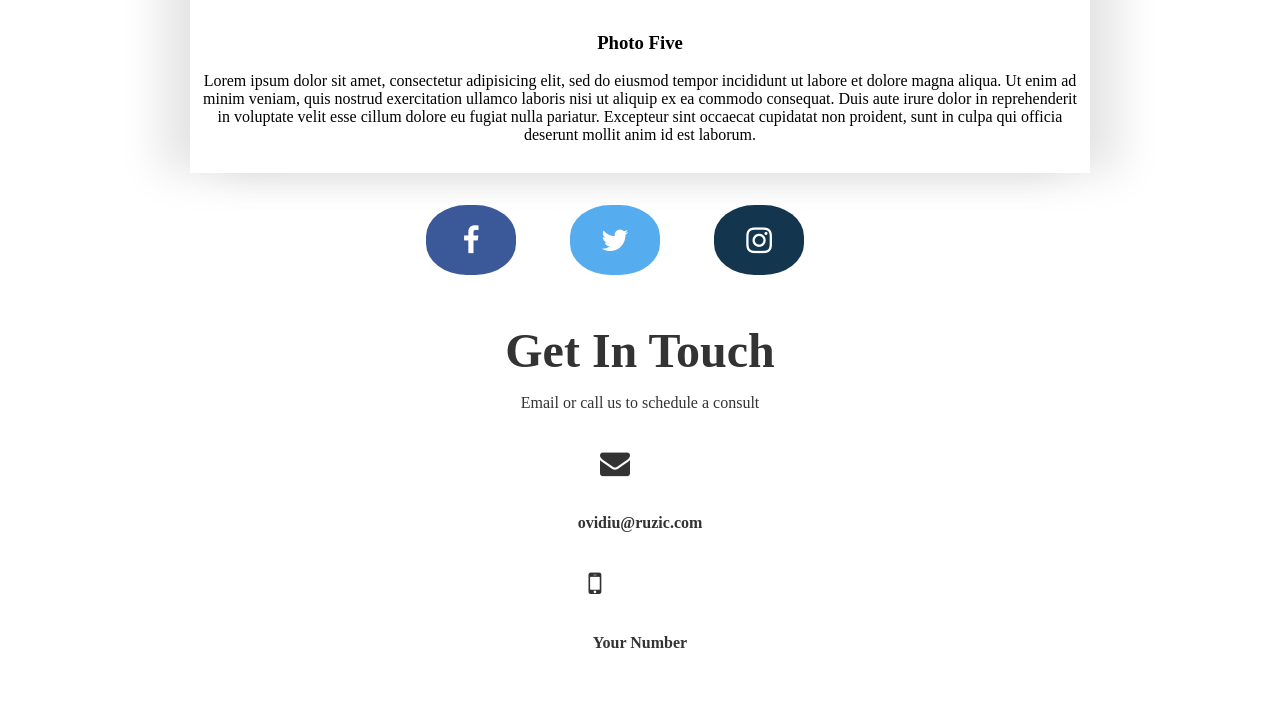
Repository: konstantin0s/mobile-photography
Page: index.html
An editor plug-in stored every save of this project. The page is shown before and after the next save, followed by the edit.
The browser window is 1280 px wide. The pictures show the part of the page from y = 4062 to 4770 px (the page is 4770 px tall).

Above is the page before, as saved 2019-05-11 15:03:53.

### index.html
<!DOCTYPE html>
<html lang="en" dir="ltr">
  <head>
    <meta charset="utf-8">
    <meta name="viewport" content="width=device-width, initial-scale=1.0">
    <meta http-equiv="X-UA-Compatible" content="ie=edge">
    <link rel="stylesheet" href="https://cdnjs.cloudflare.com/ajax/libs/font-awesome/4.7.0/css/font-awesome.min.css">
    <link rel="stylesheet" href="css/style.css">

    <title>Mobile Photography</title>
  </head>
  <body>
<main>
  <div id="landing" class="">
    <div id="landing-text" class="">
      <div id="landing-text-inner" class="">
       <img id="logo" src="img/logos.png" />
       <h1>Photography</h1>
        <a href="#images" class="btn" id="view-work">
          View Work
        </a>
      </div>
    </div>
    <div id="landing-image" class="">

    </div>
  </div>

  <div id="images" class="">
<div id="header">
  <h2>Our Work</h2>
</div>
<img src="https://source.unsplash.com/1600x900/?nature,water" alt="">
<div class="caption">
  <h3>Photo One</h3>
  <p>
    Lorem ipsum dolor sit amet, consectetur adipisicing elit, sed do eiusmod tempor incididunt ut labore et dolore magna aliqua. Ut enim ad minim veniam, quis nostrud exercitation ullamco laboris nisi ut aliquip ex ea commodo consequat. Duis aute irure dolor in reprehenderit in voluptate velit esse cillum dolore eu fugiat nulla pariatur. Excepteur sint occaecat cupidatat non proident, sunt in culpa qui officia deserunt mollit anim id est laborum.

  </p>
</div>

<img src="https://source.unsplash.com/1600x900/?nature,clouds" alt="">
<div class="caption">
  <h3>Photo Two</h3>
  <p>
    Lorem ipsum dolor sit amet, consectetur adipisicing elit, sed do eiusmod tempor incididunt ut labore et dolore magna aliqua. Ut enim ad minim veniam, quis nostrud exercitation ullamco laboris nisi ut aliquip ex ea commodo consequat. Duis aute irure dolor in reprehenderit in voluptate velit esse cillum dolore eu fugiat nulla pariatur. Excepteur sint occaecat cupidatat non proident, sunt in culpa qui officia deserunt mollit anim id est laborum.

  </p>
</div>

<img src="https://source.unsplash.com/1600x900/?nature,animals" alt="">
<div class="caption">
  <h3>Photo Three</h3>
  <p>
    Lorem ipsum dolor sit amet, consectetur adipisicing elit, sed do eiusmod tempor incididunt ut labore et dolore magna aliqua. Ut enim ad minim veniam, quis nostrud exercitation ullamco laboris nisi ut aliquip ex ea commodo consequat. Duis aute irure dolor in reprehenderit in voluptate velit esse cillum dolore eu fugiat nulla pariatur. Excepteur sint occaecat cupidatat non proident, sunt in culpa qui officia deserunt mollit anim id est laborum.

  </p>
</div>

<img src="https://source.unsplash.com/1600x900/?nature,trees" alt="">
<div class="caption">
  <h3>Photo Four/h3>
  <p>
    Lorem ipsum dolor sit amet, consectetur adipisicing elit, sed do eiusmod tempor incididunt ut labore et dolore magna aliqua. Ut enim ad minim veniam, quis nostrud exercitation ullamco laboris nisi ut aliquip ex ea commodo consequat. Duis aute irure dolor in reprehenderit in voluptate velit esse cillum dolore eu fugiat nulla pariatur. Excepteur sint occaecat cupidatat non proident, sunt in culpa qui officia deserunt mollit anim id est laborum.

  </p>
</div>

<img src="https://source.unsplash.com/1600x900/?nature,flowers" alt="">
<div class="caption">
  <h3>Photo Five</h3>
  <p>
    Lorem ipsum dolor sit amet, consectetur adipisicing elit, sed do eiusmod tempor incididunt ut labore et dolore magna aliqua. Ut enim ad minim veniam, quis nostrud exercitation ullamco laboris nisi ut aliquip ex ea commodo consequat. Duis aute irure dolor in reprehenderit in voluptate velit esse cillum dolore eu fugiat nulla pariatur. Excepteur sint occaecat cupidatat non proident, sunt in culpa qui officia deserunt mollit anim id est laborum.

  </p>
</div>

  </div>

</main>

<footer>
    <a href="#" class="fa fa-facebook"></a>
    <a href="#" class="fa fa-twitter"></a>
    <a href="#" class="fa fa-instagram"></a>

  <h3>Get In Touch</h3>
  <p>Email or call us to schedule a consult</p>
 <div class="container">
    <i class="fa fa-envelope fa-5x" aria-hidden="true"></i
      ><p><strong>ovidiu@ruzic.com</strong>
    </p>
    <i class="fa fa-mobile fa-5x" aria-hidden="true"></i>
     <p> <strong>Your Number</strong></p>
 </div>
</footer>
<script
src="https://code.jquery.com/jquery-3.3.1.min.js"
integrity="sha256-FgpCb/KJQlLNfOu91ta32o/NMZxltwRo8QtmkMRdAu8="
crossorigin="anonymous"></script>
<script type="text/javascript" src="js/main.js">

</script>
  </body>
</html>

### css/style.css
import url('https://fonts.googleapis.com/css?family=Open+Sans');

body {
  font-family: 'Open Sans', sans-serif;
  margin: 0;
  background-color: #eee;
  height: auto;
}

h1{
  font-weight: 400;
  font-size: 2.5rem;
  text-transform: uppercase;
  margin: 0;
  border-bottom: 1px solid black;
  top: -90px;
  position: relative;
}

h2 {
  font-weight: 400;
  font-size: 1.2rem;
  text-transform: capitalize;
  margin: 0;
}

img {
  display: block;
  width: 100%;
}

#logo {
  top: -80px;
  position: relative;
}

main {
  max-width: 900px;
  margin: auto;
  box-shadow: 30px 0px 40px rgba(0,0,0,0.1), -30px 0px 40px rgba(0,0,0,0.1);
}

#landing {
  background: #fff;
  }

#landing-text {
display: flex;
flex: 0 1 40vw;
height: 50vh;
justify-content: center;
align-items: center;
text-align: center;
padding-right: 1rem;
padding-left: 1rem;
}

#landing-text h2 {
  color: #888;
}
.btn {
  padding: 0.5rem 2rem;
  border: 1px #ccc solid;
  display: inline-block;
  margin: 2rem 0 0;
  border-radius: 50px;
  text-decoration: none;
  color: #333;
  transition: background 500ms ease;
}

#landing-image {
  background: url(https://source.unsplash.com/De8wMYoSSBc);
  background-position: center;
  background-size: cover;
  background-repeat: no-repeat;
  height: 50vh;
  flex: 0 1 60vw;
  margin: 0;
}

.btn:hover {
  background: #f4f4f4;
}

#header {
  padding: 1.5rem;
  text-align: center;
  background: #333;
  color: #fff;
}

#header h2 {
  border-left: dotted 1px #fff;
  border-right: dotted 1px #fff;
display: inline-block;
padding-right: 1rem;
padding-left: 1rem;
}

.caption {
  padding: 0.8rem;
  text-align: center;
}

footer {
  text-align: center;
  padding: 2rem 1rem;
  margin: auto;
  color: #333;
}

footer h3 {
  font-size: 3rem;
  margin-bottom: 0;
}

.fa {
  padding: 20px;
  margin-right: 50px;
  font-size: 30px;
  width: 50px;
  text-align: center;
  text-decoration: none;
  border-radius: 45%;
}

/* Add a hover effect if you want */
.fa:hover {
  opacity: 0.7;
}

/* Set a specific color for each brand */

/* Facebook */
.fa-facebook {
  background: #3B5998;
  color: white;
}

/* Twitter */
.fa-twitter {
  background: #55ACEE;
  color: white;
}

/* Instagram */
.fa-instagram {
  background: rgb(19, 53, 78);
  color: white;
}

/* Email & Phone*/

.fa-envelope {

}

.fa-mobile {
position: relative;
left:-20px;
height: 30px;
}


/* Screen size 500px and up*/
@media(min-width: 500px) {
  #landing {
    display: flex;
    height: 100%;
  }
  #landing-text {
    height: 100vh;
  }
  #landing-image {
    height: 100vh;
  }
}

/* Screen size 700px and up*/
@media(min-width: 700px) {
  .btn {
    padding: 1rem 3rem;
  }
}

/* Screen size 700px and up*/
@media(max-width: 500px) {
  .btn {
    padding: 1rem 3rem;
  }


  #logo {
    display: flex;
    width: 200px;
    height: 150px;
    flex-direction: column;
    top: -30px;
    position: relative;
  }

  h1 {

    flex-direction: column;
    top: -20px;
  font-size: 28px;
  border-bottom: 1px solid black;
  }
}

### js/main.js
//animate smooth scroll
$('#view-work').on('click', function() {
  const images = $('#images').position().top;

  $('html, body').animate({
    scrollTop: images
  }, 900)
});

After the next save:
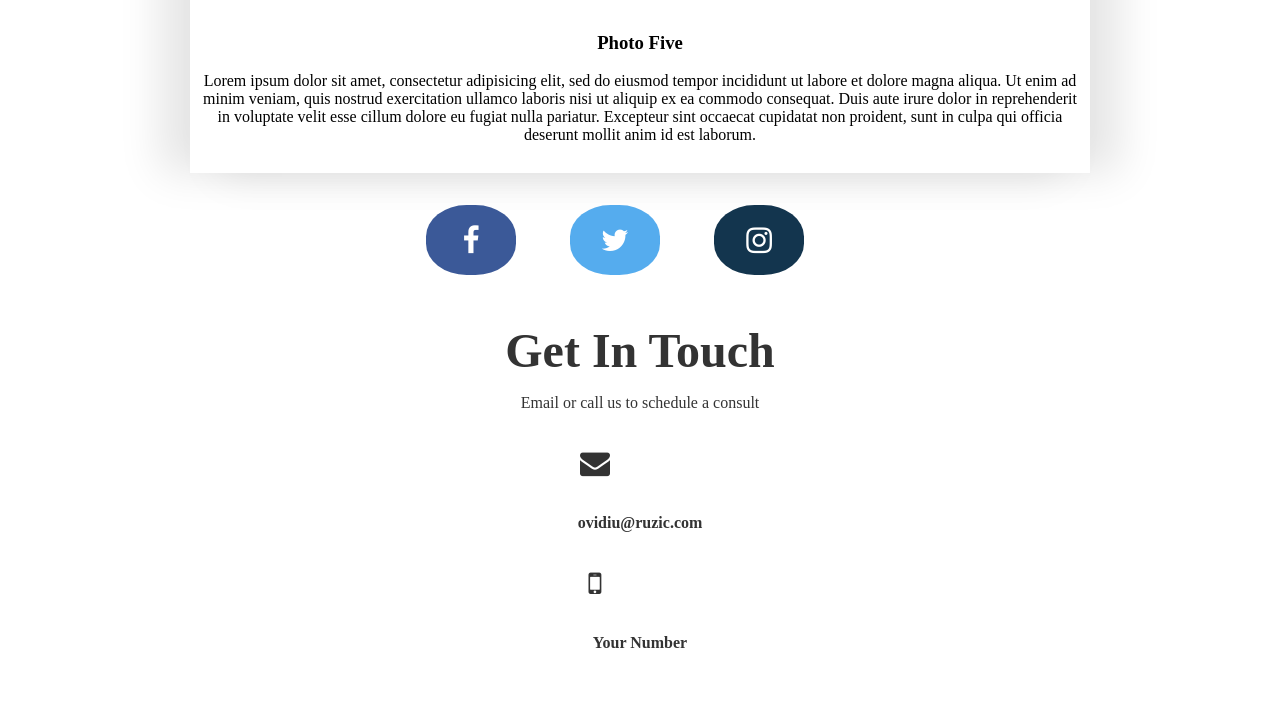
Saved 10 s later.
--- a/css/style.css
+++ b/css/style.css
@@ -153,7 +153,9 @@ footer h3 {
 /* Email & Phone*/
 
 .fa-envelope {
-
+  position: relative;
+  left:-20px;
+  height: 30px;
 }
 
 .fa-mobile {
